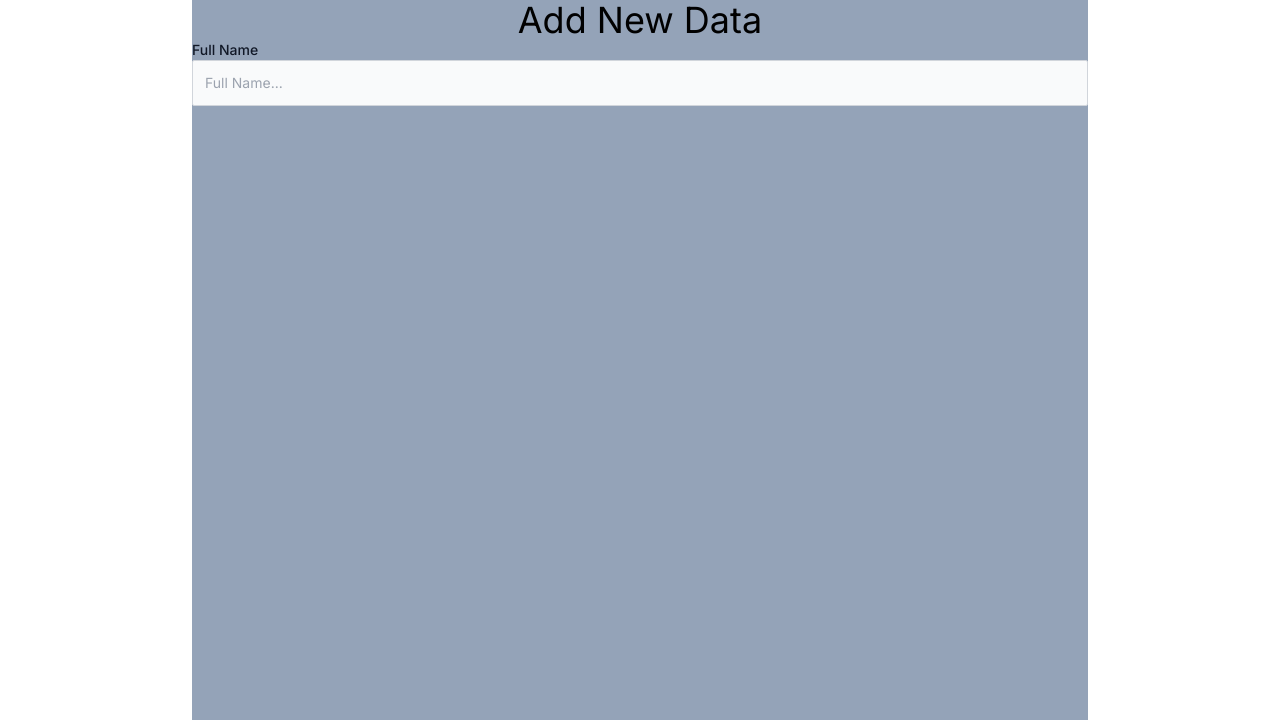
Repository: KilluaProject/crud-nextjs14
Page: /contacts/create
The author's editor kept a copy of each file at every save. The page is drawn from the files as they stood at one save, then again after the next save.
The browser window is 1280 px wide. The pictures show the whole page.
The project was rebuilt for these pictures with package versions that can differ from the ones it lists, and the page was loaded fresh each time. The framework's server and built-in components were replaced by stand-ins that run in the browser. Also part of the build but not shown: next.config.mjs.

Above is the page before, as saved 2024-06-30 14:09:37.

After the next save:
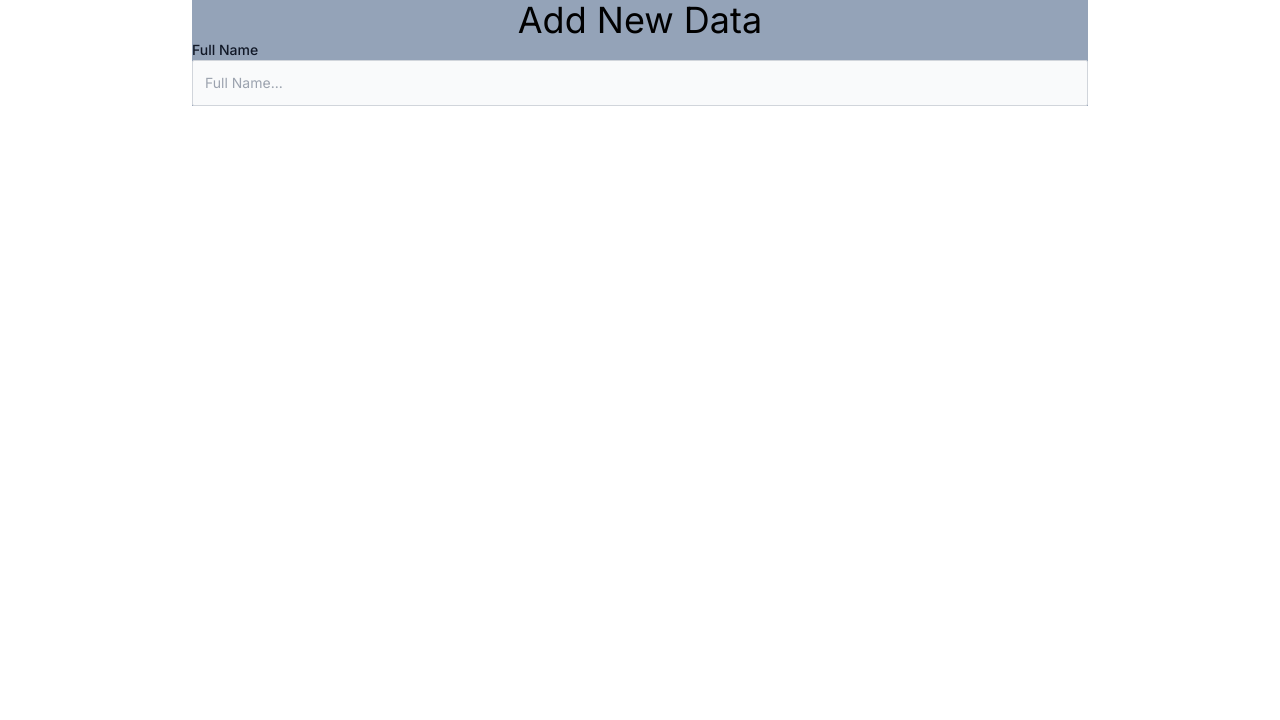
Saved 19 s later.
--- a/app/contacts/create/page.tsx
+++ b/app/contacts/create/page.tsx
@@ -3,7 +3,7 @@ import React from 'react'
 
 const CreateContact = () => {
   return (
-    <div className='max-w-4xl m-auto min-h-screen items-center justify-center bg-slate-400 '>
+    <div className='max-w-4xl m-auto items-center justify-center bg-slate-400 '>
       <h1 className='text-4xl text-center'>
         Add New Data
       </h1>
